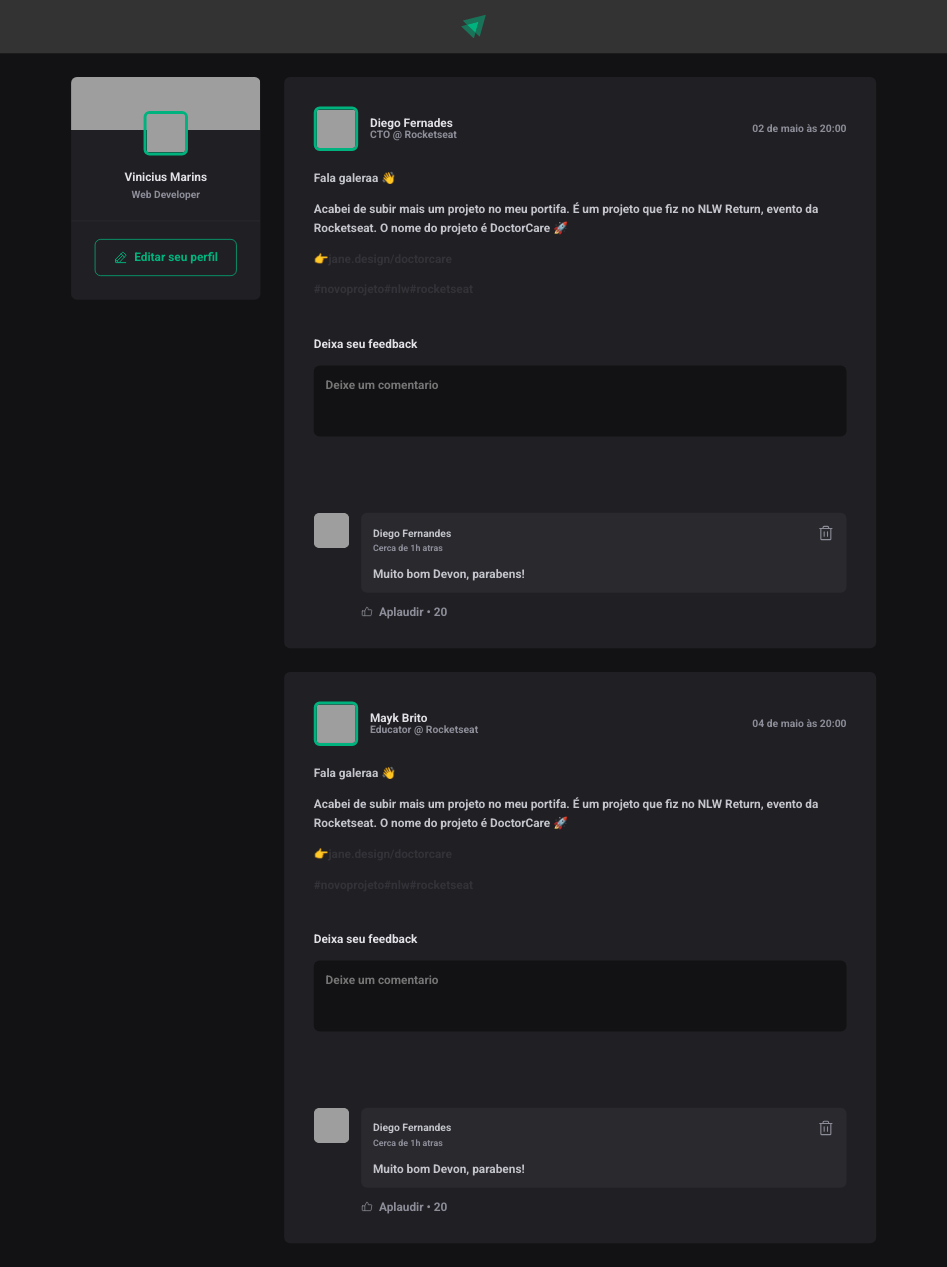
Repository: viniimartins/reactFundamentosRocketseat
Page: /
An editor plug-in stored every save of this project. The page is shown before and after a run of saves, followed by the edit.
The browser window is 1280 px wide. The pictures show the whole page, at 74% of full size.
Pictures or frames that could not be fetched are drawn as grey boxes. The project was rebuilt for these pictures with package versions that can differ from the ones it lists, and the page was loaded fresh each time. Also part of the build but not shown: vite.config.js.

Above is the page before, as saved 2023-05-02 13:33:47.

After the next 4 saves:
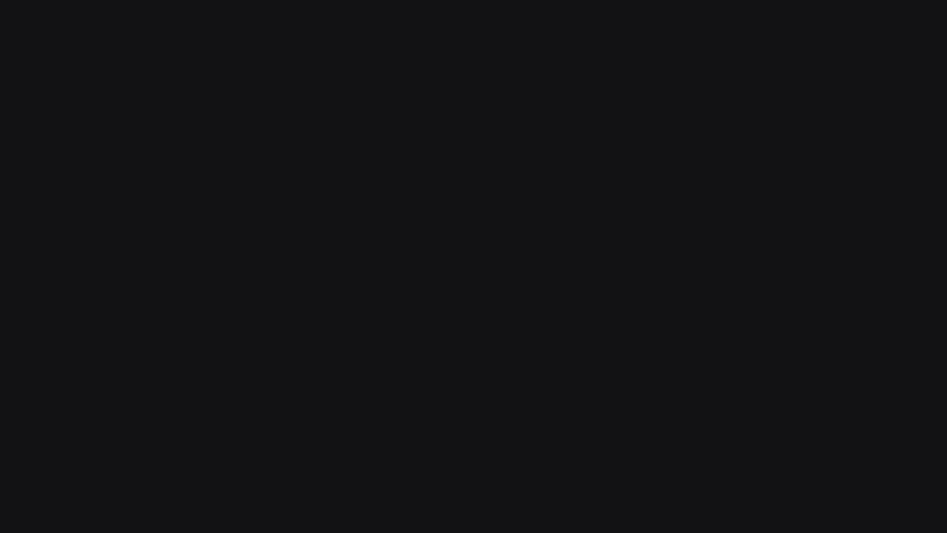
Console error (its wording comes from the project's code and is left out).
The 4 saves are shown as one change because 3 did not build or start.
The last was saved 117 s later.
--- a/src/Components/Post.jsx
+++ b/src/Components/Post.jsx
@@ -1,15 +1,12 @@
+import { format } from 'date-fns'
+
 import styles from './Post.module.css'
 import { Comment } from './Comment'
 import { Avatar } from './Avatar'
 
 
 export function Post({ author, publishedAt }) {
-    const publisheddDateFormatted = new Intl.DateTimeFormat('pt-BR', {
-        day: '2-digit',
-        month: 'long',
-        hour: '2-digit',
-        minute: '2-digit'
-    }).format(publishedAt)
+    const publisheddDateFormatted = format(publishedAt)
 
     return (
         <article className={styles.post}>

After the 3 saves that followed:
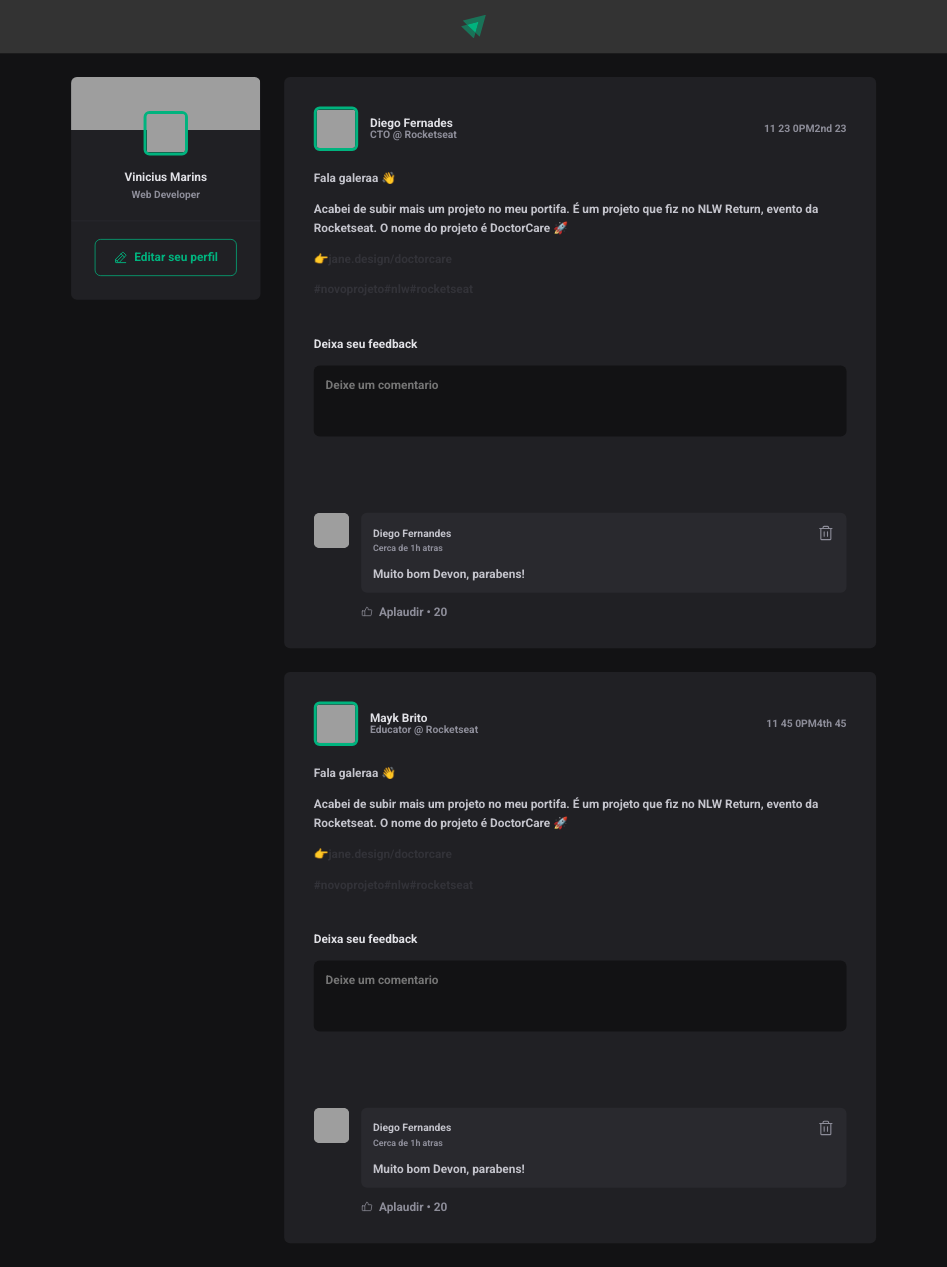
The error is gone.
The 3 saves are shown as one change because 1 left the picture as it was and some came seconds apart.
The last was saved 27 s later.
--- a/src/Components/Post.jsx
+++ b/src/Components/Post.jsx
@@ -6,7 +6,7 @@
 
 
 export function Post({ author, publishedAt }) {
-    const publisheddDateFormatted = format(publishedAt)
+    const publisheddDateFormatted = format(publishedAt, "11 de maio de")
 
     return (
         <article className={styles.post}>
